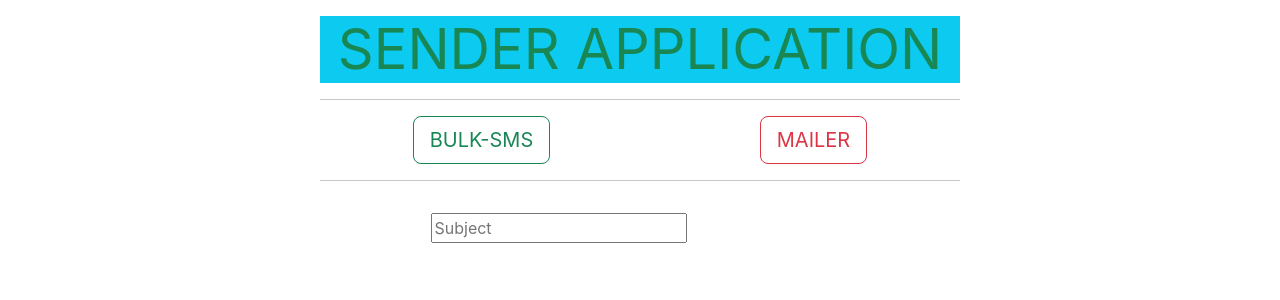
Repository: oluwaseyi9325/react-redux
Page: /
An editor plug-in stored every save of this project. The page is shown before and after the next save, followed by the edit.
The browser window is 1280 px wide. The pictures show the whole page.
The project was rebuilt for these pictures with package versions that can differ from the ones it lists, and the page was loaded fresh each time. Also part of the build but not shown: src/Pages/NotFond.tsx.

Above is the page before, as saved 2023-04-18 17:24:29.

### public/index.html
<!DOCTYPE html>
<html lang="en">

<head>
  <meta charset="utf-8" />
  <link rel="icon" href="%PUBLIC_URL%/favicon.ico" />
  <meta name="viewport" content="width=device-width, initial-scale=1" />
  <meta name="theme-color" content="#000000" />
  <meta name="description" content="Web site created using create-react-app" />
  <link rel="apple-touch-icon" href="%PUBLIC_URL%/logo192.png" />
  <link rel="manifest" href="%PUBLIC_URL%/manifest.json" />
  <link href="https://cdn.jsdelivr.net/npm/bootstrap@5.2.3/dist/css/bootstrap.min.css" rel="stylesheet" integrity="sha384-rbsA2VBKQhggwzxH7pPCaAqO46MgnOM80zW1RWuH61DGLwZJEdK2Kadq2F9CUG65" crossorigin="anonymous">
  <script src="https://cdn.jsdelivr.net/npm/bootstrap@5.2.3/dist/js/bootstrap.bundle.min.js" integrity="sha384-kenU1KFdBIe4zVF0s0G1M5b4hcpxyD9F7jL+jjXkk+Q2h455rYXK/7HAuoJl+0I4" crossorigin="anonymous"></script>
  <link rel="stylesheet" href="https://cdn.jsdelivr.net/npm/bootstrap-icons@1.10.3/font/bootstrap-icons.css">
  <title>SMS SENDER</title>
</head>

<body>
  <noscript>You need to enable JavaScript to run this app.</noscript>
  <div id="root"></div>
</body>

</html>

### src/index.tsx
import React from 'react';
import ReactDOM from 'react-dom/client';
import './index.css';
import App from './App';
import reportWebVitals from './reportWebVitals';
import { BrowserRouter } from 'react-router-dom';

const root = ReactDOM.createRoot(
  document.getElementById('root') as HTMLElement
);
root.render(
  <React.StrictMode>
    <BrowserRouter>
    <App />

    </BrowserRouter>
  </React.StrictMode>
);

// If you want to start measuring performance in your app, pass a function
// to log results (for example: reportWebVitals(console.log))
// or send to an analytics endpoint. Learn more: https://bit.ly/CRA-vitals
reportWebVitals();

### src/App.tsx
import React from 'react'
import { Route, Router, Routes } from 'react-router-dom'
import Index from './Pages/Index'
import Mailer from './Pages/Mailer'
import NotFond from './Pages/NotFond'

const App = () => {

  return (
    <>
    <Routes>
      <Route path='/' element={<Index/>} />
      <Route path='/mailer' element={<Mailer/>} />
      <Route path='*' element={<NotFond/>}/>
    </Routes>
    </>
  )
}

export default App

### src/Pages/Index.tsx
import React from 'react'
import Mailer from './Mailer'

const Index = () => {
  return (
   <>
     <Mailer/>
   </>
  )
}

export default Index

### src/Pages/Mailer.tsx
import React from 'react'
import NavBar from '../Components/NavBar'

const Mailer = () => {
  return (
   <>
    <NavBar/>

    <div className='container'>
       <div className='row mt-3'>
       <div className='mx-auto col-5'>
            <div className='p-3'>
                  <div>
                    <div>
                        <input type="text" placeholder='Subject' />
                    </div>
                  </div>
            </div>
       </div>
       </div>
    </div>

   </>
  )
}

export default Mailer

### src/Components/NavBar.tsx
import React from 'react'

const NavBar = () => {
  return (
    <>

      <div className='text-center col-6 mx-auto mt-3'>
        <h4 className='text-success display-4 bg-info'><b>SENDER APPLICATION</b></h4>
        <hr/>
        <div className='gap-4 d-flex justify-content-around'>
            <button className='btn btn-outline-success btn-lg'>BULK-SMS</button>
            <button className='btn btn-outline-danger btn-lg'>MAILER</button>
        </div>
        <hr/>
      </div>

    </>
  )
}

export default NavBar

Loaded but not shown: src/index.css (common file); src/reportWebVitals.ts (common file)

After the next save:
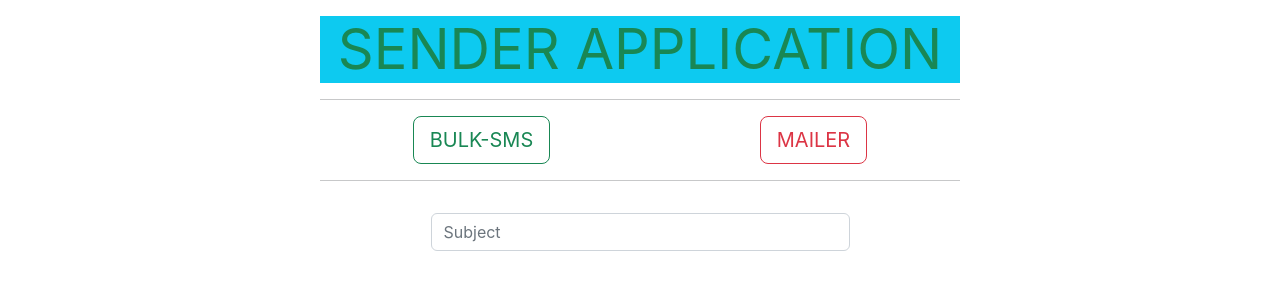
Saved 10 s later.
--- a/src/Pages/Mailer.tsx
+++ b/src/Pages/Mailer.tsx
@@ -12,7 +12,7 @@ const Mailer = () => {
             <div className='p-3'>
                   <div>
                     <div>
-                        <input type="text" placeholder='Subject' />
+                        <input className='form-control' type="text" placeholder='Subject' />
                     </div>
                   </div>
             </div>
